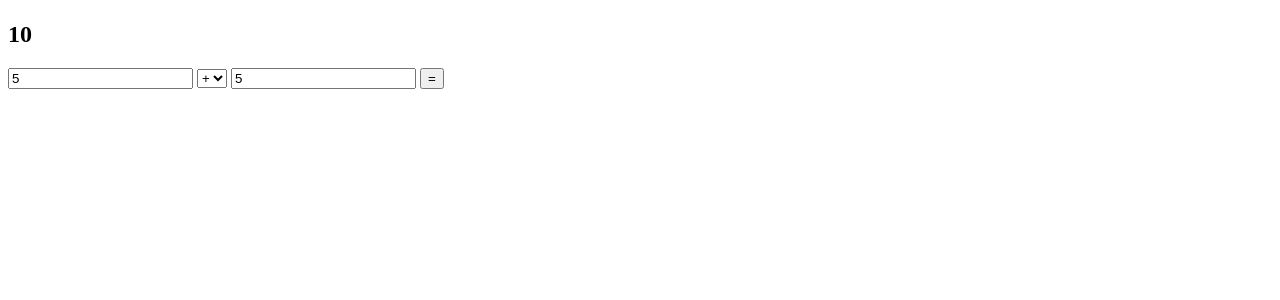
Repository: Serkebaeva/Phoenix
Page: index.html
The author's editor kept a copy of each file at every save. The page is drawn from the files as they stood at one save, then again after the next save.
The browser window is 1280 px wide. The pictures show the whole page.
Empty fields were first filled with sample values (such as "Sample", 5 or name@example.com).
After loading, the first visible `#calculate` was clicked once.

Above is the page before, as saved 2022-11-03 21:11:35.

### index.html
<!DOCTYPE html>
<html lang="en">
  <head>
    <meta charset="UTF-8" />
    <meta http-equiv="X-UA-Compatible" content="IE=edge" />
    <meta name="viewport" content="width=device-width, initial-scale=1.0" />
    <title>Document</title>
  </head>
  <body>
    <h1 class="h1"></h1>
    <h2 class="result"></h2>

    <label>
      <input type="number" id="number-1" />
    </label>
    <select id="operator">
      <option value="+">+</option>
      <option value="-">-</option>
      <option value="*">*</option>
      <option value="/">/</option>
    </select>
    <label>
      <input type="number" id="number-2" />
    </label>

    <button id="calculate">=</button>

    <!--<script src="Задание-2.js"></script>-->
    <!--<script src="calculatorTask.js"></script>-->
    <script src="calculatorTask2.js"></script>
    <!--<script src="задание-3.js"></script>-->
    <!--<script src="zadanie4.js"></script>-->
  </body>
</html>

### calculatorTask2.js
function equals(a, b) {
  let num1 = document.querySelector("#number-1");
  let num2 = document.querySelector("#number-2");

  num1 = +num1.value;
  num2 = +num2.value;

  let result = "+";

  switch (result) {
    case "+":
      result = num1 + num2;
      break;
    case "-":
      result = num1 - num2;
      break;
    case "/":
      result = num1 / num2;
      break;
    case "*":
      result = num1 * num2;
      break;
  }

  const output = document.querySelector(".result");
  output.innerText = result;
}

const btn = document.querySelector("#calculate");
btn.addEventListener("click", equals);

After the next save:
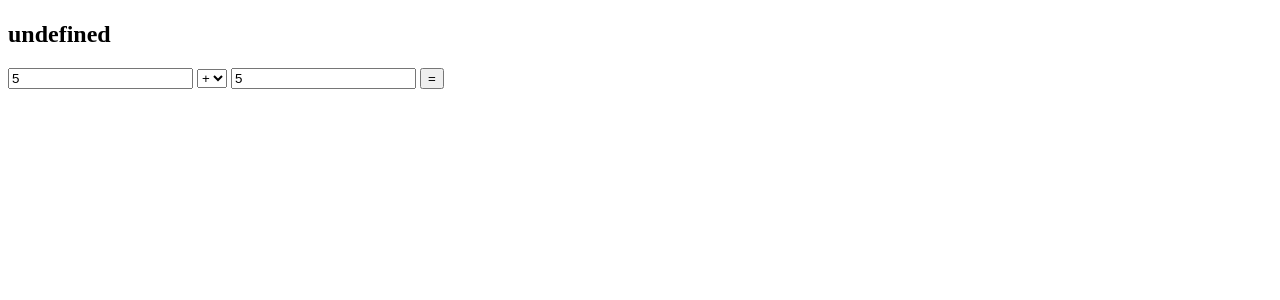
Saved 52 s later.
--- a/calculatorTask2.js
+++ b/calculatorTask2.js
@@ -5,7 +5,7 @@
   num1 = +num1.value;
   num2 = +num2.value;
 
-  let result = "+";
+  let result;
 
   switch (result) {
     case "+":

After the save that followed:
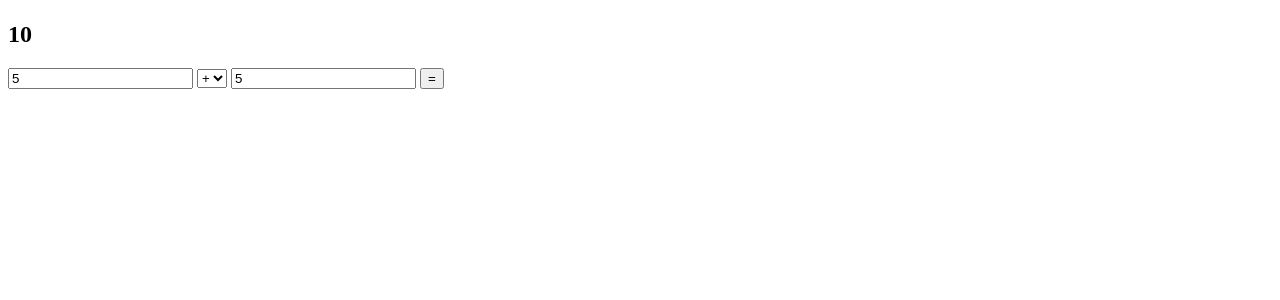
Saved 43 s later.
--- a/calculatorTask2.js
+++ b/calculatorTask2.js
@@ -5,7 +5,7 @@
   num1 = +num1.value;
   num2 = +num2.value;
 
-  let result;
+  let result = "+";
 
   switch (result) {
     case "+":
